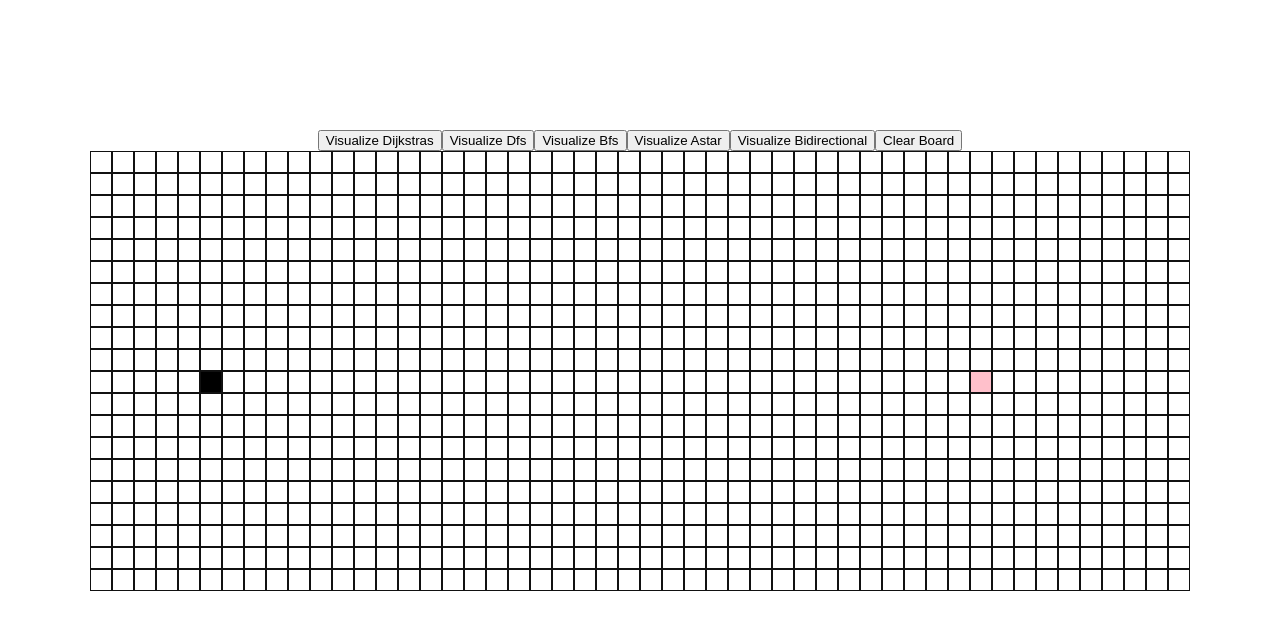
Repository: rehans-Life/Pathfinding-Visualizer
Page: /
An editor plug-in stored every save of this project. The page is shown before and after the next save, followed by the edit.
The browser window is 1280 px wide. The pictures show the whole page.
The project was rebuilt for these pictures with package versions that can differ from the ones it lists, and the page was loaded fresh each time. The framework's server and built-in components were replaced by stand-ins that run in the browser. Also part of the build but not shown: next.config.js.

Above is the page before, as saved 2023-03-10 11:16:09.

### pages/index.js
import Head from "next/head";
import styles from "../styles/Home.module.css";
import Node from "../components/Node";
import { visualizeDijistras } from "../algorithms/dijkstras";
import { useState } from "react";
import { visualizeDfs } from "../algorithms/dfs";
import { visualizeBfs } from "../algorithms/bfs";
import { visualizeAstar } from "../algorithms/aStar";
import { visualizeBidirectional } from "../algorithms/bidirectional";

export const START_ROW = 10;
export const START_COL = 5;
export const END_ROW = 10;
export const END_COL = 40;

function getInitialGrid() {
  let grid = [];
  for (let i = 0; i < 20; i++) {
    let row = [];
    for (let j = 0; j < 50; j++) {
      const node = {
        row: i,
        col: j,
        isStart: i === START_ROW && j === START_COL,
        isEnd: i === END_ROW && j === END_COL,
        distance: Infinity,
        parent: null,
        isVisited: false,
        isInPath: false,
        isWall: false,
        huristic: Infinity,
        totalDistance: 0,
      };
      row.push(node);
    }
    grid.push(row);
  }
  return grid;
}

const canBecomeWall = (row, col) => {
  return row != END_ROW || col != END_COL;
};

export default function Home() {
  const [grid, setGrid] = useState(getInitialGrid());
  const [mouseDown, setMouseDown] = useState(false);

  const handleMouseDown = (row, col) => {
    if (!canBecomeWall(row, col)) return;
    setMouseDown(true);
    setCellAsWall(row, col);
  };

  const handleMouseEnter = (row, col) => {
    if (!canBecomeWall(row, col)) return;
    if (mouseDown) {
      setCellAsWall(row, col);
    }
  };

  const handleMouseUp = () => {
    setMouseDown(false);
  };

  const setCellAsWall = (row, col) => {
    let newGrid = grid.slice();
    newGrid[row][col].isWall = !newGrid[row][col].isWall;
    setGrid(newGrid);
  };

  return (
    <div className={styles.container}>
      <Head>
        <title>Pathfinding Visualizer</title>
        <meta name="description" content="Generated by create next app" />
        <link rel="icon" href="/favicon.ico" />
      </Head>
      <div className={styles.buttons}>
        <button onClick={() => visualizeDijistras(grid, setGrid)}>
          Visualize Dijkstras
        </button>
        <button onClick={() => visualizeDfs(grid, setGrid)}>
          Visualize Dfs
        </button>
        <button onClick={() => visualizeBfs(grid, setGrid)}>
          Visualize Bfs
        </button>
        <button onClick={() => visualizeAstar(grid, setGrid)}>
          Visualize Astar
        </button>
        <button onClick={() => visualizeBidirectional(grid, setGrid)}>
          Visualize Bidirectional
        </button>
        <button onClick={() => setGrid(getInitialGrid())}>Clear Board</button>
      </div>
      {grid.map((row, index) => (
        <div key={index} className={styles.row}>
          {row.map((node, index) => (
            <Node
              key={index}
              row={node.row}
              col={node.col}
              isStart={node.isStart}
              isEnd={node.isEnd}
              distance={node.distance}
              isVisited={node.isVisited}
              isInPath={node.isInPath}
              isWall={node.isWall}
              handleMouseDown={handleMouseDown}
              handleMouseUp={handleMouseUp}
              handleMouseEnter={handleMouseEnter}
            ></Node>
          ))}
        </div>
      ))}
    </div>
  );
}

### styles/Home.module.css
.container {
  display: flex;
  flex-direction: column;
  justify-content: center;
  align-items: center;
  width: 100vw;
  height: 100vh;
}
.node {
  padding: 10px;
  border: 1px solid #111;
  width: 10px;
}

.row {
  display: flex;
}
.button {
  display: flex;
  align-items: center;
}

.startNode {
  padding: 10px;
  border: 1px solid #111;
  width: 10px;
  background-color: black;
}
.visited {
  background-color: lightslategray;
  padding: 10px;
  border: 1px solid #111;
  width: 10px;
}

.wall {
  background-color: darkslateblue;
  padding: 10px;
  border: 1px solid #111;
  width: 10px;
}

.inPath {
  background-color: royalblue;
  padding: 10px;
  border: 1px solid #111;
  width: 10px;
}

.endNode {
  padding: 10px;
  border: 1px solid #111;
  width: 10px;
  background-color: pink;
}

### components/Node.js
import React from "react";
import styles from "../styles/Home.module.css";

export default function Node({
  row,
  col,
  isStart,
  isEnd,
  isWall,
  isInPath,
  isVisited,
  handleMouseDown,
  handleMouseUp,
  handleMouseEnter,
}) {
  return (
    <div
      onMouseDown={() => handleMouseDown(row, col)}
      onMouseUp={handleMouseUp}
      onMouseEnter={() => handleMouseEnter(row, col)}
      className={
        isStart
          ? styles.startNode
          : isEnd
          ? styles.endNode
          : isWall
          ? styles.wall
          : isInPath
          ? styles.inPath
          : isVisited
          ? styles.visited
          : styles.node
      }
    >
      {" "}
    </div>
  );
}

### algorithms/dijkstras.js
import { END_COL, END_ROW, START_COL, START_ROW } from "../pages";

class PriorityQueue {
  constructor() {
    this.heap = [];
  }

  isEmpty() {
    return this.heap.length == 0;
  }

  insert(node) {
    this.heap.push(node);
    let i = this.heap.length - 1;
    this.siftup(i);
  }

  delete() {
    let temp = this.heap[0];
    this.heap[0] = this.heap[this.heap.length - 1];
    this.heap.pop();
    this.shiftdown(0);
    return temp;
  }

  siftup(i) {
    let parent = Math.floor((i - 1) / 2);
    while (parent >= 0 && this.heap[parent].distance > this.heap[i].distance) {
      let temp = this.heap[parent];
      this.heap[parent] = this.heap[i];
      this.heap[i] = temp;
      i = parent;
      parent = Math.floor((i - 1) / 2);
    }
  }
  shiftdown(i) {
    let leftChild = i * 2 + 1;
    let rightChild = i * 2 + 2;
    let n = this.heap.length;

    while (
      (leftChild < n &&
        this.heap[leftChild].distance < this.heap[i].distance) ||
      (rightChild < n && this.heap[rightChild].distance < this.heap[i].distance)
    ) {
      let smaller =
        rightChild >= n ||
        this.heap[leftChild].distance <= this.heap[rightChild].distance
          ? leftChild
          : rightChild;

      let temp = this.heap[i];
      this.heap[i] = this.heap[smaller];
      this.heap[smaller] = temp;

      i = smaller;
      leftChild = i * 2 + 1;
      rightChild = i * 2 + 2;
    }
  }
}

function isValid(row, col) {
  return row < 20 && row >= 0 && col < 50 && col >= 0;
}

export function dijkstras(grid, src, target) {
  let priorityQueue = new PriorityQueue();
  let delRow = [-1, +1, 0, 0];
  let delCol = [0, 0, -1, +1];

  let visitedNodes = [];

  priorityQueue.insert(src);
  src.distance = 0;
  visitedNodes.push(src);

  while (!priorityQueue.isEmpty()) {
    let node = priorityQueue.delete();

    for (let i = 0; i < 4; i++) {
      let adjRow = node.row + delRow[i];
      let adjCol = node.col + delCol[i];
      let newDistance = node.distance + 1;

      if (isValid(adjRow, adjCol)) {
        let adjNode = grid[adjRow][adjCol];
        if (!adjNode.isWall && newDistance < adjNode.distance) {
          adjNode.distance = newDistance;
          adjNode.parent = node;
          if (adjNode.row === target.row && adjNode.col === target.col) {
            return visitedNodes;
          }
          visitedNodes.push(adjNode);
          priorityQueue.insert(adjNode);
        }
      }
    }
  }
  return visitedNodes;
}

const animteDijkstras = (visitedNodes, path, grid, setGrid) => {
  for (let i = 0; i < visitedNodes?.length; i++) {
    if (i === visitedNodes.length - 1) {
      setTimeout(() => {
        animatePath(path, grid, setGrid);
      }, 10 * i);
    }
    setTimeout(() => {
      let newGrid = grid.slice();

      let node = visitedNodes[i];
      let newNode = {
        ...node,
        isVisited: true,
      };

      newGrid[node.row][node.col] = newNode;
      setGrid(newGrid);
    }, 10 * i);
  }
};

const animatePath = (path, grid, setGrid) => {
  for (let i = 0; i < path?.length; i++) {
    setTimeout(() => {
      let newGrid = grid.slice();

      let node = path[i];
      let newNode = {
        ...node,
        isInPath: true,
      };

      newGrid[node.row][node.col] = newNode;
      setGrid(newGrid);
    }, 50 * i);
  }
};

export const visualizeDijistras = (grid, setGrid) => {
  let startNode = grid[START_ROW][START_COL];
  let endNode = grid[END_ROW][END_COL];
  let visitedNodes = dijkstras(grid, startNode, endNode);
  let node = grid[END_ROW][END_COL];
  let path = [];
  while (node) {
    path.push(node);
    node = node.parent;
  }
  path.reverse();
  animteDijkstras(visitedNodes, path, grid, setGrid);
};

### algorithms/dfs.js
import { END_COL, END_ROW, START_COL, START_ROW } from "../pages";

export function visualizeDfs(grid, setGrid) {
  let startNode = grid[START_ROW][START_COL];
  let endNode = grid[END_ROW][END_COL];
  let visitedNodes = dfs(grid, startNode, endNode);
  let path = [];
  let node = endNode;
  while (node) {
    path.push(node);
    node = node.parent;
  }
  path.reverse();
  animateDfs(visitedNodes, path, grid, setGrid);
}

function animateDfs(visitedNodes, path, grid, setGrid) {
  for (let i = 0; i < visitedNodes.length; i++) {
    setTimeout(() => {
      if (i === visitedNodes.length - 1) {
        animatePath(path, grid, setGrid);
      }
      let newGrid = grid.slice();

      let node = visitedNodes[i];
      let newNode = {
        ...node,
        isVisited: true,
      };

      newGrid[node.row][node.col] = newNode;
      setGrid(newGrid);
    }, 10 * i);
  }
}

function animatePath(path, grid, setGrid) {
  for (let i = 0; i < path.length; i++) {
    setTimeout(() => {
      let newGrid = grid.slice();

      let node = path[i];
      let newNode = {
        ...node,
        isInPath: true,
      };

      newGrid[node.row][node.col] = newNode;
      setGrid(newGrid);
    }, 10 * i);
  }
}

function isValid(row, col) {
  return row < 20 && row >= 0 && col < 50 && col >= 0;
}

function dfs(grid, src, target) {
  let visitedNodes = [];
  let delRow = [-1, 0, 0, +1];
  let delCol = [0, +1, -1, 0];

  function helper(node, parent) {
    node.distance = 1;
    node.parent = parent;
    visitedNodes.push(node);

    if (node.row === target.row && node.col === target.col) {
      return true;
    }

    for (let i = 0; i < 4; i++) {
      let adjRow = node.row + delRow[i];
      let adjCol = node.col + delCol[i];

      if (isValid(adjRow, adjCol)) {
        let adjNode = grid[adjRow][adjCol];
        if (!adjNode.isWall && adjNode.distance === Infinity) {
          if (helper(adjNode, node)) {
            return true;
          }
        }
      }
    }
  }

  helper(src, null);
  return visitedNodes;
}

### algorithms/bfs.js
import { END_COL, END_ROW, START_COL, START_ROW } from "../pages";

function isValid(row, col) {
  return row < 20 && row >= 0 && col < 50 && col >= 0;
}

export function bfs(grid, src, target) {
  let queue = [];
  let delRow = [-1, +1, 0, 0];
  let delCol = [0, 0, -1, +1];

  let visitedNodes = [];

  queue.push(src);
  src.distance = 0;
  visitedNodes.push(src);

  while (queue.length) {
    let node = queue.shift();

    for (let i = 0; i < 4; i++) {
      let adjRow = node.row + delRow[i];
      let adjCol = node.col + delCol[i];
      let newDistance = node.distance + 1;

      if (isValid(adjRow, adjCol)) {
        let adjNode = grid[adjRow][adjCol];
        if (!adjNode.isWall && newDistance < adjNode.distance) {
          adjNode.distance = newDistance;
          adjNode.parent = node;
          if (adjNode.row === target.row && adjNode.col === target.col) {
            return visitedNodes;
          }
          visitedNodes.push(adjNode);
          queue.push(adjNode);
        }
      }
    }
  }
  return visitedNodes;
}

const animateBfs = (visitedNodes, path, grid, setGrid) => {
  for (let i = 0; i < visitedNodes?.length; i++) {
    if (i === visitedNodes.length - 1) {
      setTimeout(() => {
        animatePath(path, grid, setGrid);
      }, 10 * i);
    }
    setTimeout(() => {
      let newGrid = grid.slice();

      let node = visitedNodes[i];
      let newNode = {
        ...node,
        isVisited: true,
      };

      newGrid[node.row][node.col] = newNode;
      setGrid(newGrid);
    }, 10 * i);
  }
};

const animatePath = (path, grid, setGrid) => {
  for (let i = 0; i < path?.length; i++) {
    setTimeout(() => {
      let newGrid = grid.slice();

      let node = path[i];
      let newNode = {
        ...node,
        isInPath: true,
      };

      newGrid[node.row][node.col] = newNode;
      setGrid(newGrid);
    }, 50 * i);
  }
};

export const visualizeBfs = (grid, setGrid) => {
  let startNode = grid[START_ROW][START_COL];
  let endNode = grid[END_ROW][END_COL];
  let visitedNodes = bfs(grid, startNode, endNode);
  let node = grid[END_ROW][END_COL];
  let path = [];
  while (node) {
    path.push(node);
    node = node.parent;
  }
  path.reverse();
  animateBfs(visitedNodes, path, grid, setGrid);
};

### algorithms/bidirectional.js
import { END_COL, END_ROW, START_COL, START_ROW } from "../pages";

function isValid(row, col) {
  return row < 20 && row >= 0 && col < 50 && col >= 0;
}

function bidirectional(grid, src, target) {
  let forwardQueue = [];
  let backwardQueue = [];

  let forwardVisitedNodes = [];
  let backwardVisitedNodes = [];

  src.distance = 0;
  forwardQueue.push(src);
  forwardVisitedNodes.push(src);

  target.distance = 0;
  backwardQueue.push(target);
  backwardVisitedNodes.push(target);

  while (forwardQueue.length && backwardQueue.length) {
    bfs(grid, forwardQueue, forwardVisitedNodes, backwardVisitedNodes);

    let backwardIntersectingNodes = bfs(
      grid,
      backwardQueue,
      backwardVisitedNodes,
      forwardVisitedNodes
    );
    if (backwardIntersectingNodes) {
      return [
        answer(forwardVisitedNodes, backwardVisitedNodes),
        genertatePath(backwardIntersectingNodes),
      ];
    }
  }
  return [answer(forwardVisitedNodes, backwardVisitedNodes), []];
}

function answer(forwardVisitedNodes, backwardVisitedNodes) {
  let visitedNodes = [];
  let n = forwardVisitedNodes.length;
  let m = backwardVisitedNodes.length;

  let greater = n > m ? n : m;

  for (let i = 0; i < greater; i++) {
    if (i < n) visitedNodes.push(forwardVisitedNodes[i]);
    if (i < m) visitedNodes.push(backwardVisitedNodes[i]);
  }
  return visitedNodes;
}

function genertatePath(intersectingingNodes) {
  let forwardPath = [];
  let forwardNode = intersectingingNodes[0];
  while (forwardNode) {
    forwardPath.push(forwardNode);
    forwardNode = forwardNode.parent;
  }
  forwardPath.reverse();
  let backwardPath = [];
  let backwardNode = intersectingingNodes[1];
  while (backwardNode) {
    backwardPath.push(backwardNode);
    backwardNode = backwardNode.parent;
  }
  let path = [...forwardPath, ...backwardPath];
  return path;
}

function bfs(grid, queue, directionVisitedNodes, visitedNodes) {
  let node = queue.shift();
  let delRow = [-1, +1, 0, 0];
  let delCol = [0, 0, -1, +1];

  for (let i = 0; i < 4; i++) {
    let adjRow = node.row + delRow[i];
    let adjCol = node.col + delCol[i];
    let newDistance = node.distance + 1;

    if (isValid(adjRow, adjCol)) {
      let adjNode = grid[adjRow][adjCol];

      if (visitedNodes.includes(adjNode)) {
        return [adjNode, node];
      }

      if (!adjNode.isWall && newDistance < adjNode.distance) {
        adjNode.distance = newDistance;
        adjNode.parent = node;
        directionVisitedNodes.push(adjNode);
        queue.push(adjNode);
      }
    }
  }
}

const animateBidirectional = (visitedNodes, path, grid, setGrid) => {
  for (let i = 0; i < visitedNodes?.length; i++) {
    if (i === visitedNodes.length - 1) {
      setTimeout(() => {
        animatePath(path, grid, setGrid);
      }, 10 * i);
    }
    setTimeout(() => {
      let newGrid = grid.slice();

      let node = visitedNodes[i];
      let newNode = {
        ...node,
        isVisited: true,
      };

      newGrid[node.row][node.col] = newNode;
      setGrid(newGrid);
    }, 10 * i);
  }
};

const animatePath = (path, grid, setGrid) => {
  for (let i = 0; i < path?.length; i++) {
    setTimeout(() => {
      let newGrid = grid.slice();

      let node = path[i];
      let newNode = {
        ...node,
        isInPath: true,
      };

      newGrid[node.row][node.col] = newNode;
      setGrid(newGrid);
    }, 50 * i);
  }
};

export const visualizeBidirectional = (grid, setGrid) => {
  let startNode = grid[START_ROW][START_COL];
  let endNode = grid[END_ROW][END_COL];
  let [visitedNodes, path] = bidirectional(grid, startNode, endNode);
  animateBidirectional(visitedNodes, path, grid, setGrid);
};

### algorithms/bestFirstSearch.js
import { END_COL, END_ROW, START_COL, START_ROW } from "../pages";

class PriorityQueue {
  constructor() {
    this.heap = [];
  }

  isEmpty() {
    return this.heap.length == 0;
  }

  insert(node) {
    this.heap.push(node);
    let i = this.heap.length - 1;
    this.siftup(i);
  }

  delete() {
    let temp = this.heap[0];
    this.heap[0] = this.heap[this.heap.length - 1];
    this.heap.pop();
    this.shiftdown(0);
    return temp;
  }

  siftup(i) {
    let parent = Math.floor((i - 1) / 2);
    while (parent >= 0 && this.heap[parent].huristic > this.heap[i].huristic) {
      let temp = this.heap[parent];
      this.heap[parent] = this.heap[i];
      this.heap[i] = temp;
      i = parent;
      parent = Math.floor((i - 1) / 2);
    }
  }
  shiftdown(i) {
    let leftChild = i * 2 + 1;
    let rightChild = i * 2 + 2;
    let n = this.heap.length;

    while (
      (leftChild < n &&
        this.heap[leftChild].huristic < this.heap[i].huristic) ||
      (rightChild < n && this.heap[rightChild].huristic < this.heap[i].huristic)
    ) {
      let smaller =
        rightChild >= n ||
        this.heap[leftChild].huristic <= this.heap[rightChild].huristic
          ? leftChild
          : rightChild;

      let temp = this.heap[i];
      this.heap[i] = this.heap[smaller];
      this.heap[smaller] = temp;

      i = smaller;
      leftChild = i * 2 + 1;
      rightChild = i * 2 + 2;
    }
  }
}

function isValid(row, col) {
  return row < 20 && row >= 0 && col < 50 && col >= 0;
}

function bestfs(grid, src, target) {
  huristics(grid, target);

  let priorityQueue = PriorityQueue();
  let visitedNodes = [];
  priorityQueue.insert(src);

  while (!priorityQueue.isEmpty()) {
    let node = priorityQueue.delete();
    visitedNodes.push(adjNode);

    if (node.row === target.row && node.col === target.col) {
      return visitedNodes;
    }

    for (let i = 0; i < 4; i++) {
      let adjRow = node.row + delRow[i];
      let adjCol = node.col + delCol[i];
      let newDistance = 1;

      if (isValid(adjRow, adjCol)) {
        let adjNode = grid[adjRow][adjCol];
        if (!adjNode.isWall && newDistance < adjNode.distance) {
          adjNode.distance = newDistance;
          adjNode.parent = node;
          priorityQueue.insert(adjNode);
        }
      }
    }
  }
}

function huristics(grid, src) {
  let queue = [];
  let delRow = [-1, +1, 0, 0];
  let delCol = [0, 0, -1, +1];

  queue.push(src);
  src.huristic = 0;

  while (queue.length) {
    let node = queue.shift();

    for (let i = 0; i < 4; i++) {
      let adjRow = node.row + delRow[i];
      let adjCol = node.col + delCol[i];
      if (isValid(adjRow, adjCol)) {
        let adjNode = grid[adjRow][adjCol];
        let huristic = Math.sqrt(
          Math.pow(adjRow - src.row, 2) + Math.pow(adjCol - src.col, 2)
        );
        if (!adjNode.isWall && adjNode.huristic === Infinity) {
          adjNode.huristic = huristic;
          queue.push(adjNode);
        }
      }
    }
  }
}

const animateBestfs = (visitedNodes, path, grid, setGrid) => {
  for (let i = 0; i < visitedNodes?.length; i++) {
    if (i === visitedNodes.length - 1) {
      setTimeout(() => {
        animatePath(path, grid, setGrid);
      }, 10 * i);
    }
    setTimeout(() => {
      let newGrid = grid.slice();

      let node = visitedNodes[i];
      let newNode = {
        ...node,
        isVisited: true,
      };

      newGrid[node.row][node.col] = newNode;
      setGrid(newGrid);
    }, 10 * i);
  }
};

const animatePath = (path, grid, setGrid) => {
  for (let i = 0; i < path?.length; i++) {
    setTimeout(() => {
      let newGrid = grid.slice();

      let node = path[i];
      let newNode = {
        ...node,
        isInPath: true,
      };

      newGrid[node.row][node.col] = newNode;
      setGrid(newGrid);
    }, 50 * i);
  }
};

export const visualizeBestfs = (grid, setGrid) => {
  let startNode = grid[START_ROW][START_COL];
  let endNode = grid[END_ROW][END_COL];
  let visitedNodes = bestfs(grid, startNode, endNode);
  let node = grid[END_ROW][END_COL];
  let path = [];
  while (node) {
    path.push(node);
    node = node.parent;
  }
  path.reverse();
  animateBestfs(visitedNodes, path, grid, setGrid);
};

Loaded but not shown: pages/_app.js (common file); styles/globals.css (common file); algorithms/aStar.js (247 lines, source omitted)

After the next save:
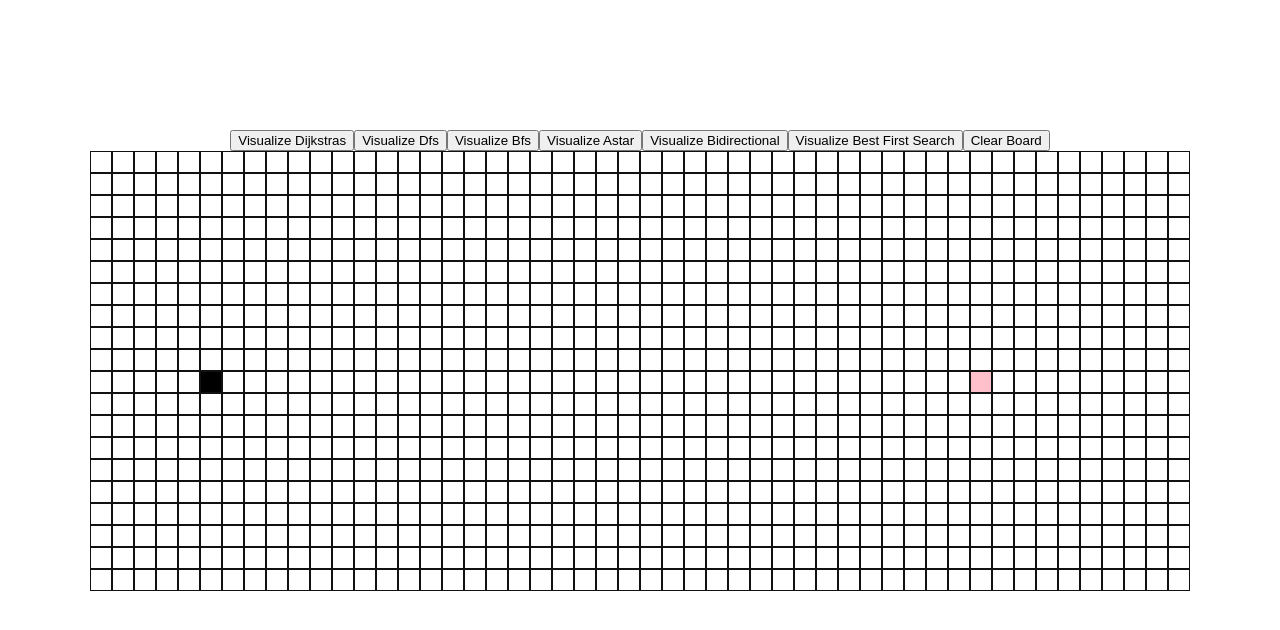
Saved 2 min 38 s later.
--- a/pages/index.js
+++ b/pages/index.js
@@ -7,6 +7,7 @@ import { visualizeDfs } from "../algorithms/dfs";
 import { visualizeBfs } from "../algorithms/bfs";
 import { visualizeAstar } from "../algorithms/aStar";
 import { visualizeBidirectional } from "../algorithms/bidirectional";
+import { visualizeBestfs } from "../algorithms/bestFirstSearch";
 
 export const START_ROW = 10;
 export const START_COL = 5;
@@ -92,6 +93,9 @@ export default function Home() {
         <button onClick={() => visualizeBidirectional(grid, setGrid)}>
           Visualize Bidirectional
         </button>
+        <button onClick={() => visualizeBestfs(grid, setGrid)}>
+          Visualize Best First Search
+        </button>
         <button onClick={() => setGrid(getInitialGrid())}>Clear Board</button>
       </div>
       {grid.map((row, index) => (
